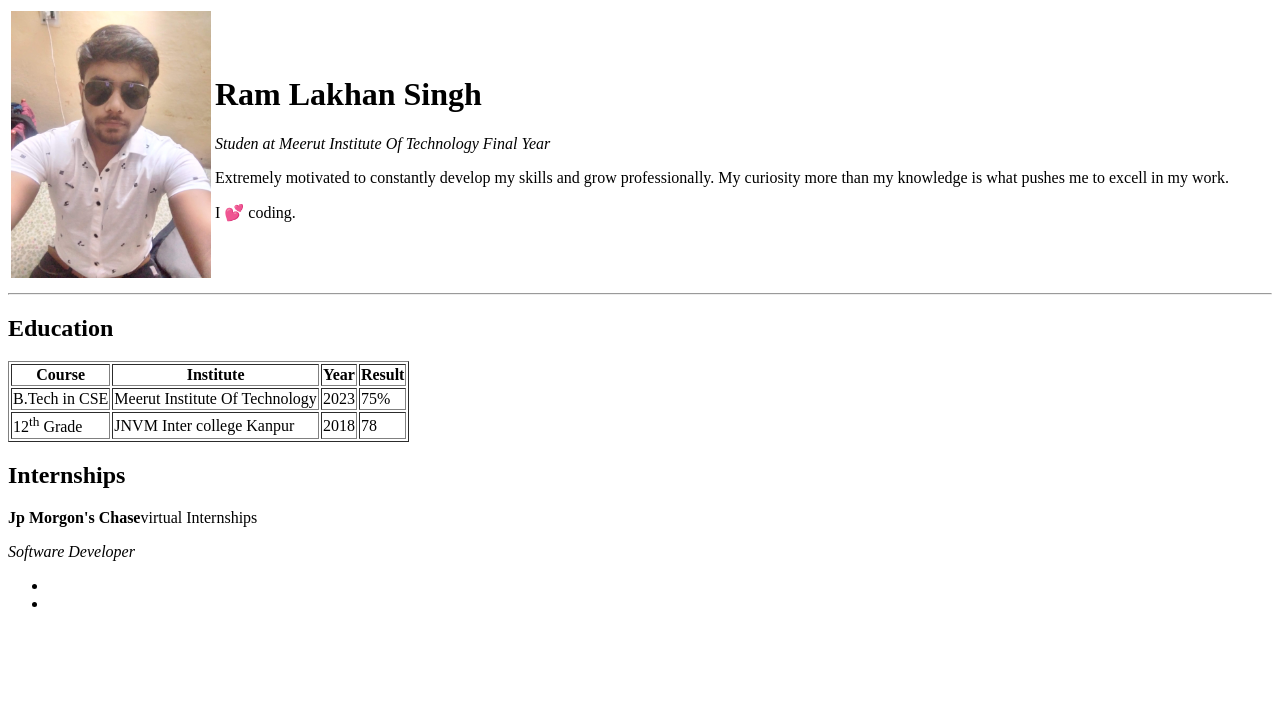
Repository: ramlakhan1/resume1
Page: resume.html
The author's editor kept a copy of each file at every save. The page is drawn from the files as they stood at one save, then again after a run of saves.
The browser window is 1280 px wide. The pictures show the whole page.

Above is the page before, as saved 2022-11-05 14:28:31.

### resume.html
<!DOCTYPE html>
<html lang="en">
<head>
    <meta charset="UTF-8">
    <meta http-equiv="X-UA-Compatible" content="IE=edge">
    <meta name="viewport" content="width=device-width, initial-scale=1.0">
    <title>Ram's Resume</title>
</head>
<body>
    <table>
        <tr>
            <td> <img width="200" src="2.jpg" alt="Ram Lakhan photo"></td>
            <td> <h1>Ram Lakhan Singh</h1>
                <p><i>Studen at Meerut Institute Of Technology Final Year</i></p>
                <p>Extremely motivated to constantly develop my skills and grow professionally. My curiosity more than my knowledge is what pushes me
                    to excell in my work.</p>
                    <p>I 💕 coding.</p></td>
        </tr>
    </table>


        <hr>

        <!-- Header ends -->
        <h2>Education</h2>
        <table border=" ">
            <tr>
                <th>Course</th>
                <th>Institute</th>
                <th>Year</th>
                <th>Result</th>
            </tr>
            <tr>
                <td>B.Tech in CSE</td>
                <td>Meerut Institute Of Technology</td>
                <td>2023</td>
                <td>75%</td>
            </tr>
            <tr>
                <td>12<sup>th</sup> Grade</td>
                <td>JNVM Inter college Kanpur</td>
                <td>2018</td>
                <td>78</td>
            </tr>
        </table>

        <h2>Internships</h2>
        <p><strong>Jp Morgon's Chase</strong>virtual Internships</p>
        <p><i>Software Developer</i></p>
        <ul>
            <li></li>
            <li></li>
        </ul>

</body>
</html>

After the next 2 saves:
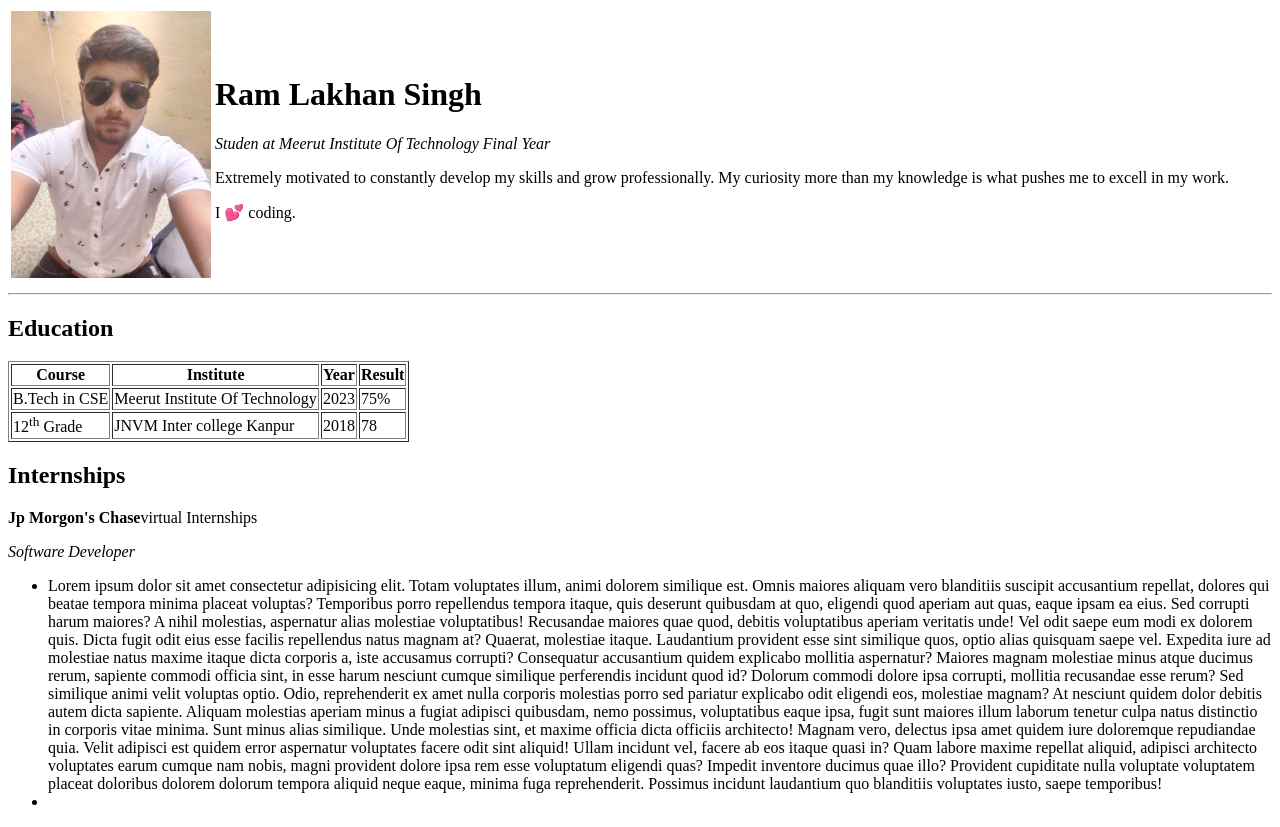
The 2 saves are shown as one change because they came seconds apart.
The last was saved 6 s later.
--- a/resume.html
+++ b/resume.html
@@ -48,7 +48,16 @@
         <p><strong>Jp Morgon's Chase</strong>virtual Internships</p>
         <p><i>Software Developer</i></p>
         <ul>
-            <li></li>
+            <li>Lorem ipsum dolor sit amet consectetur adipisicing elit. Totam voluptates illum, animi dolorem similique est. Omnis maiores aliquam vero blanditiis suscipit accusantium repellat, dolores qui beatae tempora minima placeat voluptas?
+            Temporibus porro repellendus tempora itaque, quis deserunt quibusdam at quo, eligendi quod aperiam aut quas, eaque ipsam ea eius. Sed corrupti harum maiores? A nihil molestias, aspernatur alias molestiae voluptatibus!
+            Recusandae maiores quae quod, debitis voluptatibus aperiam veritatis unde! Vel odit saepe eum modi ex dolorem quis. Dicta fugit odit eius esse facilis repellendus natus magnam at? Quaerat, molestiae itaque.
+            Laudantium provident esse sint similique quos, optio alias quisquam saepe vel. Expedita iure ad molestiae natus maxime itaque dicta corporis a, iste accusamus corrupti? Consequatur accusantium quidem explicabo mollitia aspernatur?
+            Maiores magnam molestiae minus atque ducimus rerum, sapiente commodi officia sint, in esse harum nesciunt cumque similique perferendis incidunt quod id? Dolorum commodi dolore ipsa corrupti, mollitia recusandae esse rerum?
+            Sed similique animi velit voluptas optio. Odio, reprehenderit ex amet nulla corporis molestias porro sed pariatur explicabo odit eligendi eos, molestiae magnam? At nesciunt quidem dolor debitis autem dicta sapiente.
+            Aliquam molestias aperiam minus a fugiat adipisci quibusdam, nemo possimus, voluptatibus eaque ipsa, fugit sunt maiores illum laborum tenetur culpa natus distinctio in corporis vitae minima. Sunt minus alias similique.
+            Unde molestias sint, et maxime officia dicta officiis architecto! Magnam vero, delectus ipsa amet quidem iure doloremque repudiandae quia. Velit adipisci est quidem error aspernatur voluptates facere odit sint aliquid!
+            Ullam incidunt vel, facere ab eos itaque quasi in? Quam labore maxime repellat aliquid, adipisci architecto voluptates earum cumque nam nobis, magni provident dolore ipsa rem esse voluptatum eligendi quas?
+            Impedit inventore ducimus quae illo? Provident cupiditate nulla voluptate voluptatem placeat doloribus dolorem dolorum tempora aliquid neque eaque, minima fuga reprehenderit. Possimus incidunt laudantium quo blanditiis voluptates iusto, saepe temporibus!</li>
             <li></li>
         </ul>
 

After the save that followed:
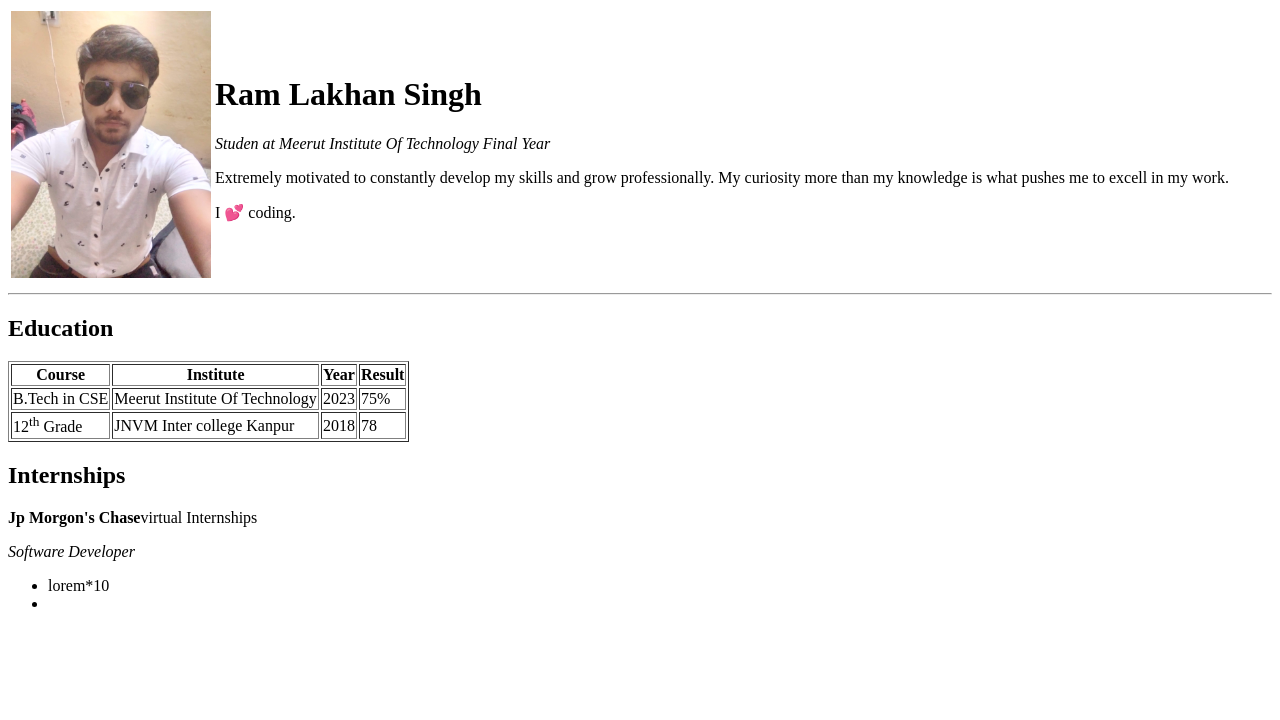
Saved 5 s later.
--- a/resume.html
+++ b/resume.html
@@ -48,16 +48,7 @@
         <p><strong>Jp Morgon's Chase</strong>virtual Internships</p>
         <p><i>Software Developer</i></p>
         <ul>
-            <li>Lorem ipsum dolor sit amet consectetur adipisicing elit. Totam voluptates illum, animi dolorem similique est. Omnis maiores aliquam vero blanditiis suscipit accusantium repellat, dolores qui beatae tempora minima placeat voluptas?
-            Temporibus porro repellendus tempora itaque, quis deserunt quibusdam at quo, eligendi quod aperiam aut quas, eaque ipsam ea eius. Sed corrupti harum maiores? A nihil molestias, aspernatur alias molestiae voluptatibus!
-            Recusandae maiores quae quod, debitis voluptatibus aperiam veritatis unde! Vel odit saepe eum modi ex dolorem quis. Dicta fugit odit eius esse facilis repellendus natus magnam at? Quaerat, molestiae itaque.
-            Laudantium provident esse sint similique quos, optio alias quisquam saepe vel. Expedita iure ad molestiae natus maxime itaque dicta corporis a, iste accusamus corrupti? Consequatur accusantium quidem explicabo mollitia aspernatur?
-            Maiores magnam molestiae minus atque ducimus rerum, sapiente commodi officia sint, in esse harum nesciunt cumque similique perferendis incidunt quod id? Dolorum commodi dolore ipsa corrupti, mollitia recusandae esse rerum?
-            Sed similique animi velit voluptas optio. Odio, reprehenderit ex amet nulla corporis molestias porro sed pariatur explicabo odit eligendi eos, molestiae magnam? At nesciunt quidem dolor debitis autem dicta sapiente.
-            Aliquam molestias aperiam minus a fugiat adipisci quibusdam, nemo possimus, voluptatibus eaque ipsa, fugit sunt maiores illum laborum tenetur culpa natus distinctio in corporis vitae minima. Sunt minus alias similique.
-            Unde molestias sint, et maxime officia dicta officiis architecto! Magnam vero, delectus ipsa amet quidem iure doloremque repudiandae quia. Velit adipisci est quidem error aspernatur voluptates facere odit sint aliquid!
-            Ullam incidunt vel, facere ab eos itaque quasi in? Quam labore maxime repellat aliquid, adipisci architecto voluptates earum cumque nam nobis, magni provident dolore ipsa rem esse voluptatum eligendi quas?
-            Impedit inventore ducimus quae illo? Provident cupiditate nulla voluptate voluptatem placeat doloribus dolorem dolorum tempora aliquid neque eaque, minima fuga reprehenderit. Possimus incidunt laudantium quo blanditiis voluptates iusto, saepe temporibus!</li>
+            <li>lorem*10</li>
             <li></li>
         </ul>
 
